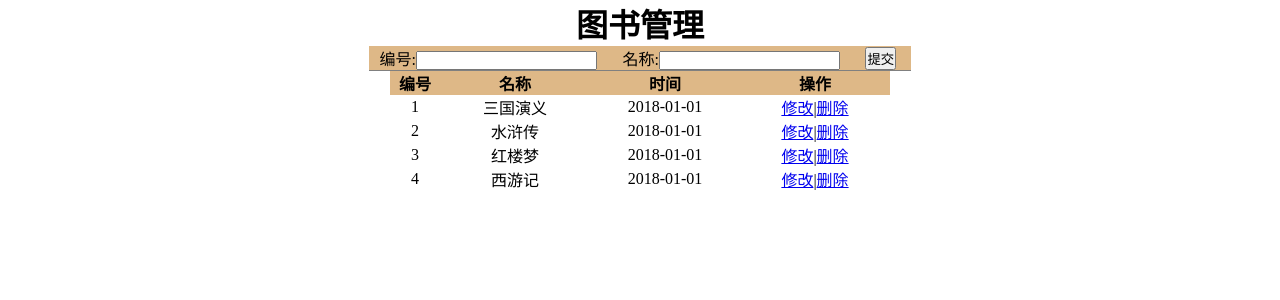
Repository: chenguocan/Vue_demo_1
Page: vue_demo_03/图书管理.html
The author's editor kept a copy of each file at every save. The page is drawn from the files as they stood at one save, then again after the next save.
The browser window is 1280 px wide. The pictures show the whole page.

Above is the page before, as saved 2020-07-22 10:46:43.

After the next save:
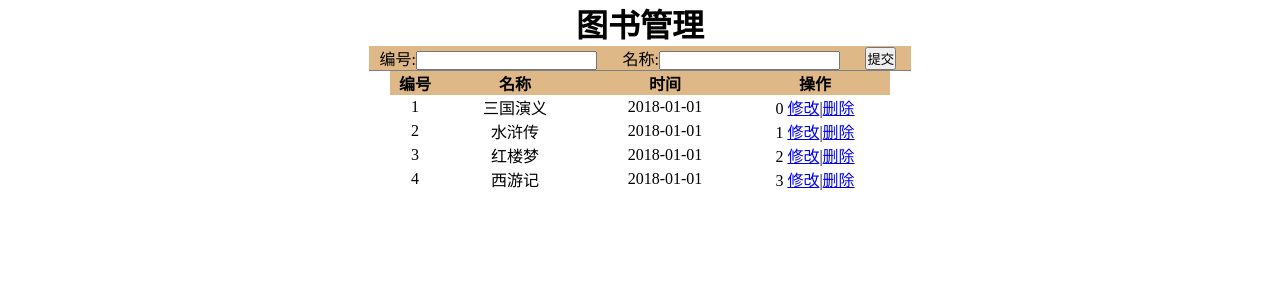
Saved 24 s later.
--- a/vue_demo_03/图书管理.html
+++ b/vue_demo_03/图书管理.html
@@ -70,7 +70,9 @@
                 <td>{{item.bookname}}</td>
                 <td>{{item.date | format(item.date)}}</td>
                 <td>
-                  <a href="#">修改</a>|<a href="#" v-on:click="del(index)"
+                  {{index}} <a href="#">修改</a>|<a
+                    href="#"
+                    v-on:click="del(index)"
                     >删除</a
                   >
                 </td>

After the save that followed:
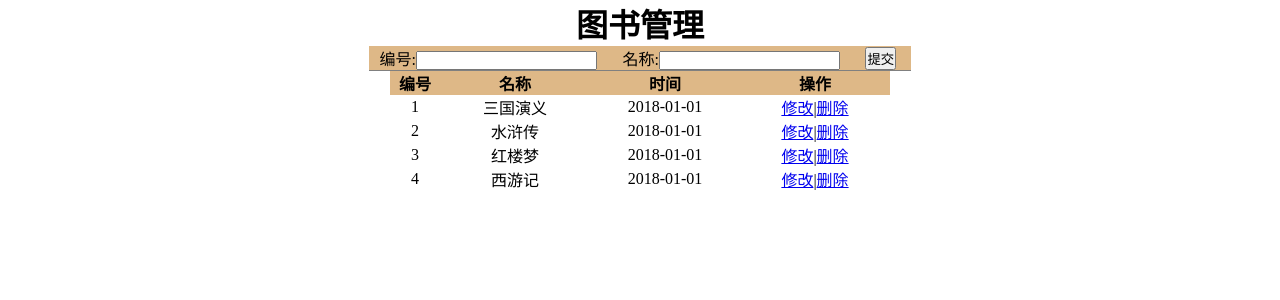
Saved 14 s later.
--- a/vue_demo_03/图书管理.html
+++ b/vue_demo_03/图书管理.html
@@ -70,9 +70,7 @@
                 <td>{{item.bookname}}</td>
                 <td>{{item.date | format(item.date)}}</td>
                 <td>
-                  {{index}} <a href="#">修改</a>|<a
-                    href="#"
-                    v-on:click="del(index)"
+                  <a href="#">修改</a>|<a href="#" v-on:click="del(index)"
                     >删除</a
                   >
                 </td>
